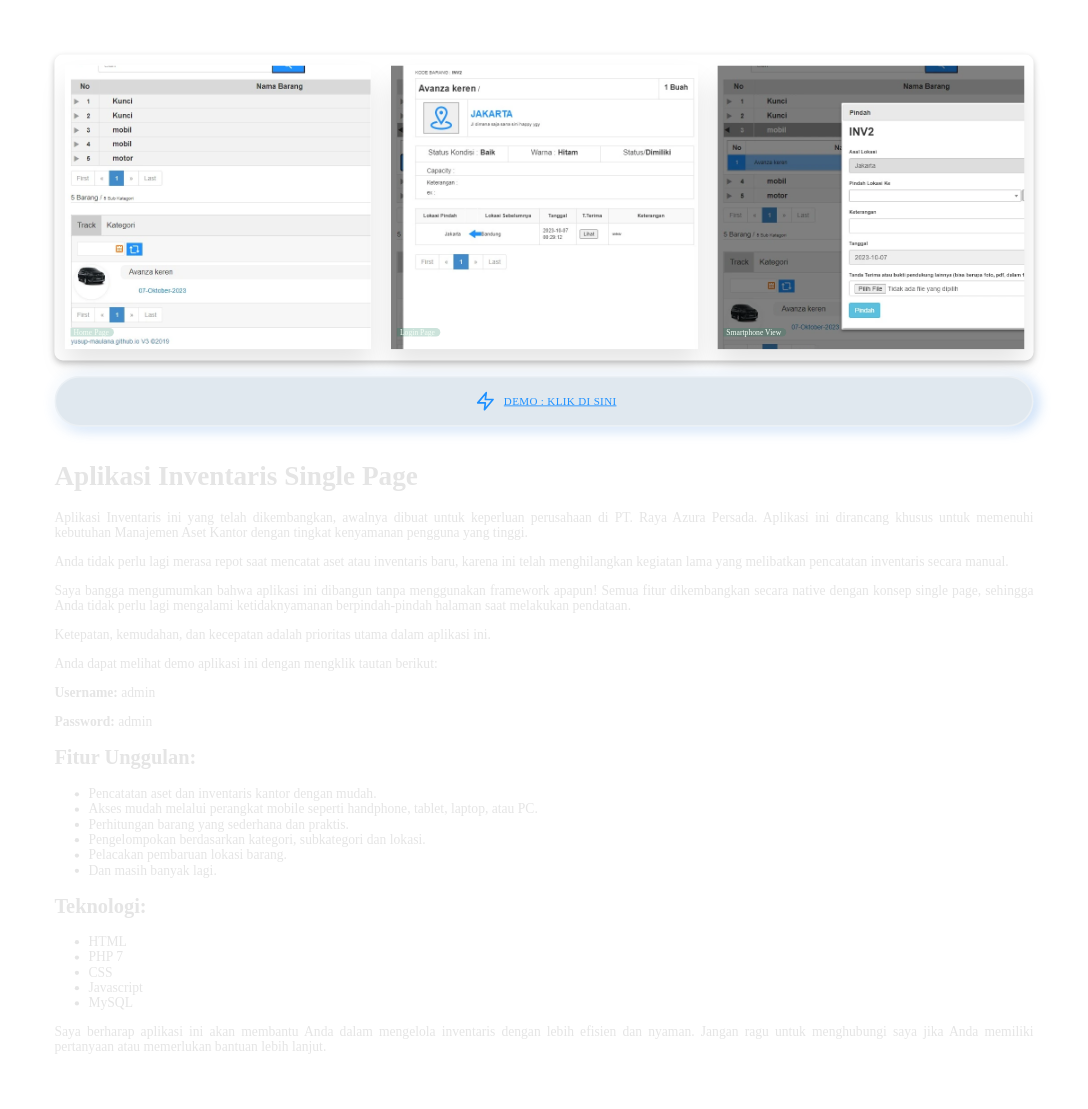
Repository: yusup-maulana/yusup-maulana.github.io
Page: portofolio-inventarisRAP.html
An editor plug-in stored every save of this project. The page is shown before and after the next save, followed by the edit.
The browser window is 1280 px wide. The pictures show the whole page, at 85% of full size.
Some web fonts or font styles are not loaded; a fallback is used.

Above is the page before, as saved 2023-10-07 01:12:41.

After the next save:
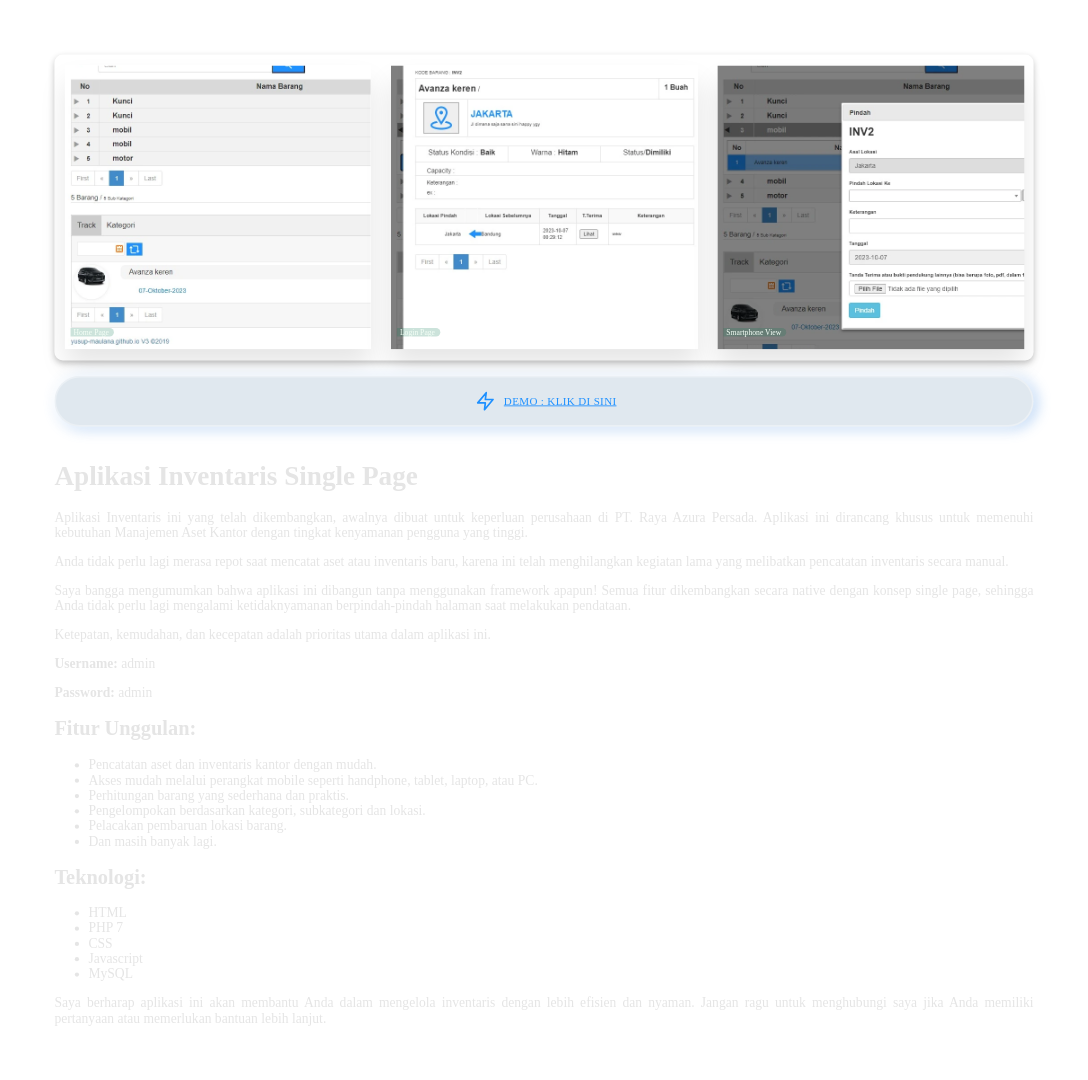
Saved 7 s later.
--- a/portofolio-inventarisRAP.html
+++ b/portofolio-inventarisRAP.html
@@ -195,7 +195,6 @@
     ini.
   </p>
 
-  <p>Anda dapat melihat demo aplikasi ini dengan mengklik tautan berikut:</p>
   <p><strong>Username:</strong> admin</p>
   <p><strong>Password:</strong> admin</p>
 
